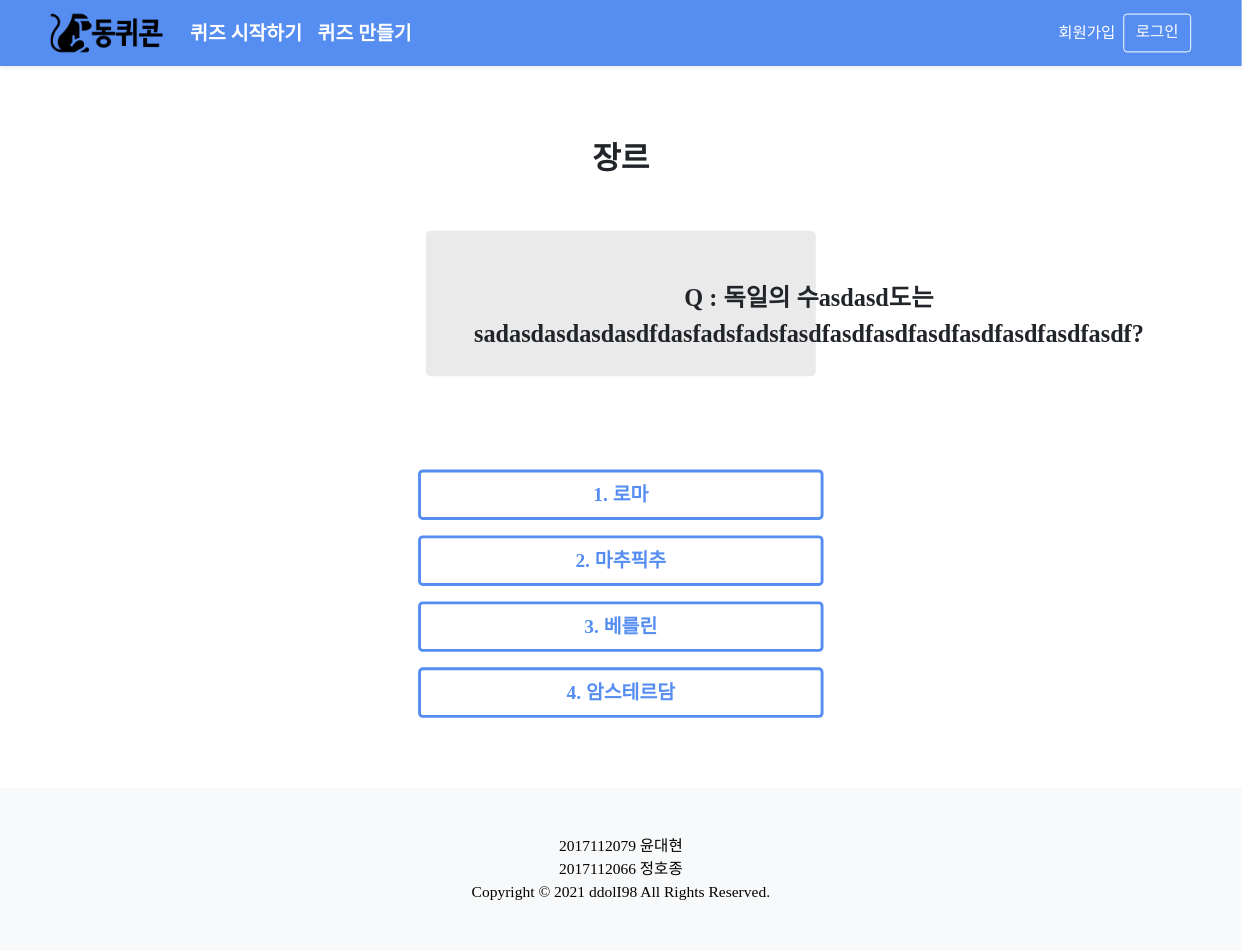
Repository: eogus0512/Quiz_WebProject
Page: http://localhost/Quiz_WebProject/solveQuiz.jsp
An editor plug-in stored every save of this project. The page is shown before and after the next save, followed by the edit.
The browser window is 1280 px wide. The pictures show the whole page, at 97% of full size.
Some web fonts or font styles are not loaded; a fallback is used. The page is served by Tomcat 9.

Above is the page before, as saved 2021-10-28 14:36:02.

After the next save:
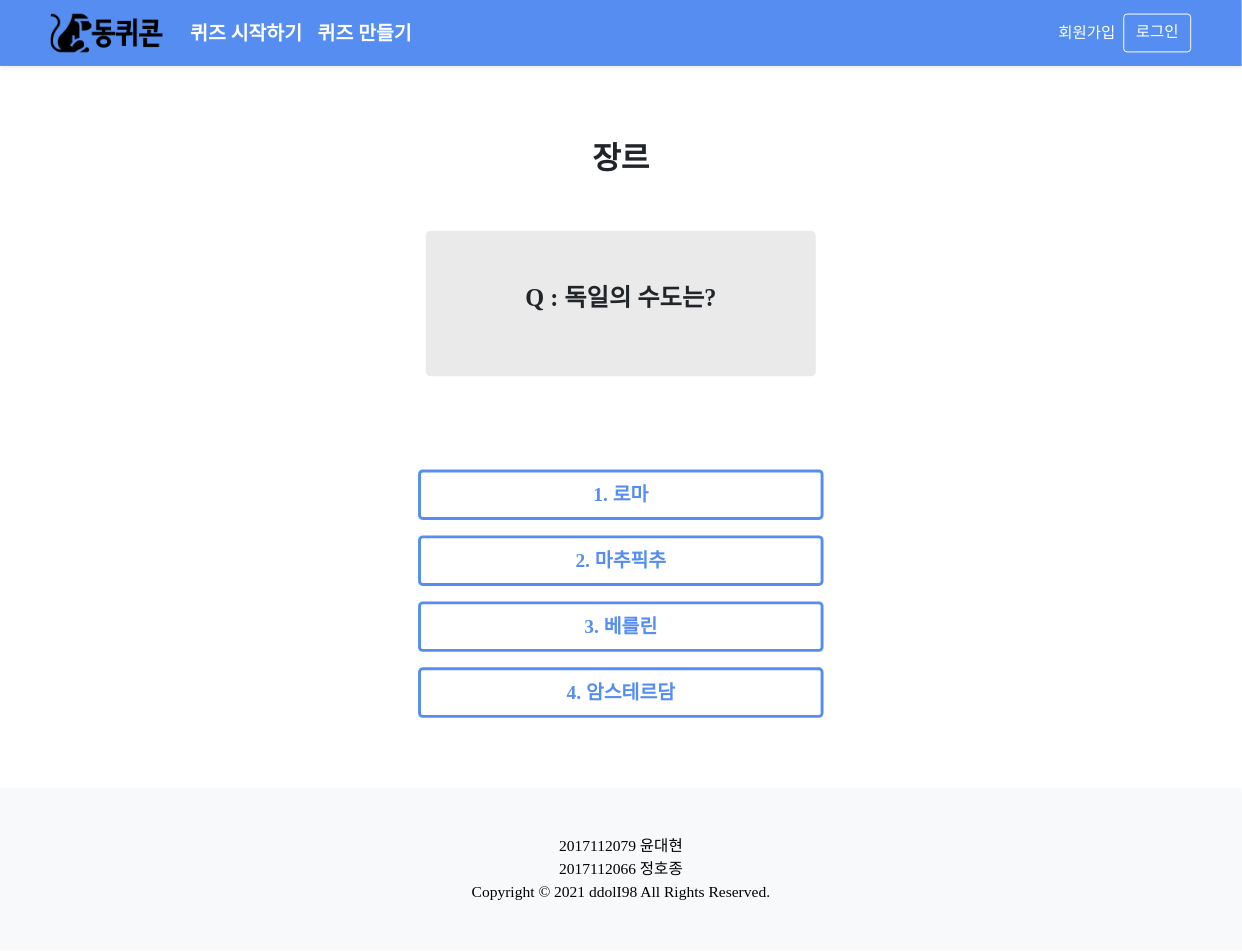
Saved 19 s later.
--- a/Quiz_WebProject/WebContent/solveQuiz.jsp
+++ b/Quiz_WebProject/WebContent/solveQuiz.jsp
@@ -67,7 +67,7 @@
 </div>
 <div class="container col-md-4">
 	<div class="col-12" style="height:150px; padding:50px; background-color: #EAEAEA; text-align:center; font-size:25px; font-weight:bold; border-radius:5px">
-        <label class="form-label">Q : 독일의 수asdasd도는sadasdasdasdasdfdasfadsfadsfasdfasdfasdfasdfasdfasdfasdfasdf?</label>
+        <label class="form-label">Q : 독일의 수도는?</label>
     </div><br><br><br><br>
     <form method="post" action="#">
         <div class="row g-3">
